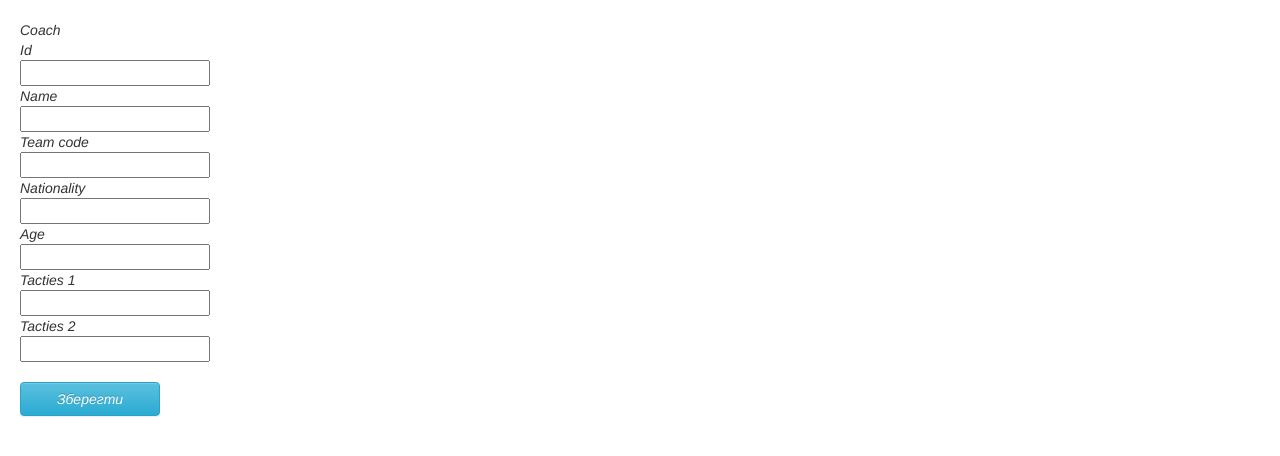
Repository: polik1996/StatisticManager
Page: StatisticsManager/WebContent/editCoach.html
The author's editor kept a copy of each file at every save. The page is drawn from the files as they stood at one save, then again after the next save.
The browser window is 1280 px wide. The pictures show the whole page.

Above is the page before, as saved 2016-06-14 16:41:05.
Console error (its wording comes from the project's code and is left out).

### StatisticsManager/WebContent/editCoach.html
<!DOCTYPE html>
<html>
<head>
<meta charset="UTF-8">
<title>Insert title here</title>
  <link rel="stylesheet" href="https://maxcdn.bootstrapcdn.com/bootstrap/3.3.4/css/bootstrap.min.css">
   <link rel="stylesheet" href="https://maxcdn.bootstrapcdn.com/bootstrap/3.3.4/css/bootstrap-theme.min.css">
  <script src="https://maxcdn.bootstrapcdn.com/bootstrap/3.3.4/js/bootstrap.min.js"></script>
 <style>
   body {
   font-style: italic;
    margin: 20px; /* Убираем отступы */
   }
  </style>
</head>
<body>
<!DOCTYPE html>
<html>
<head>
<meta charset="UTF-8">
<title>Insert title here</title>
</head>
<body>
	<form action="OperateTable" target="forTable" method="POST">
		<table width = "80">
		<tr>
		<td>
			Coach
		</td>
		</tr>
		<tr>
		<td>
			Id <input type="text" name="id">
		</td>
		</tr>
		<tr>
		<td>
			Name <input type="text" name="name">
		</td>
		</tr>
		<tr>
		<td>
			Team code  <input type="text" name="coach">
		</td>
		</tr>
		<tr>
		<td>
			Nationality  <input type="text" name="national">
		</td>
		</tr>
		<tr>
		<td>
			Age  <input type="text" name="age">
		</td>
		</tr>
		<tr>
		<td>
			Tacties 1 <input type="text" name="tacties_1">
		</td>
		</tr>
		<tr>
		<td>
			Tacties 2  <input type="text" name="tacties_2">
		</td>
		</tr>

</table>
<br>
<input type="submit" button class="btn btn-info" style = width:140px value="Зберегти">
	</form>

</body>
</html>
</body>
</html>

After the next save:
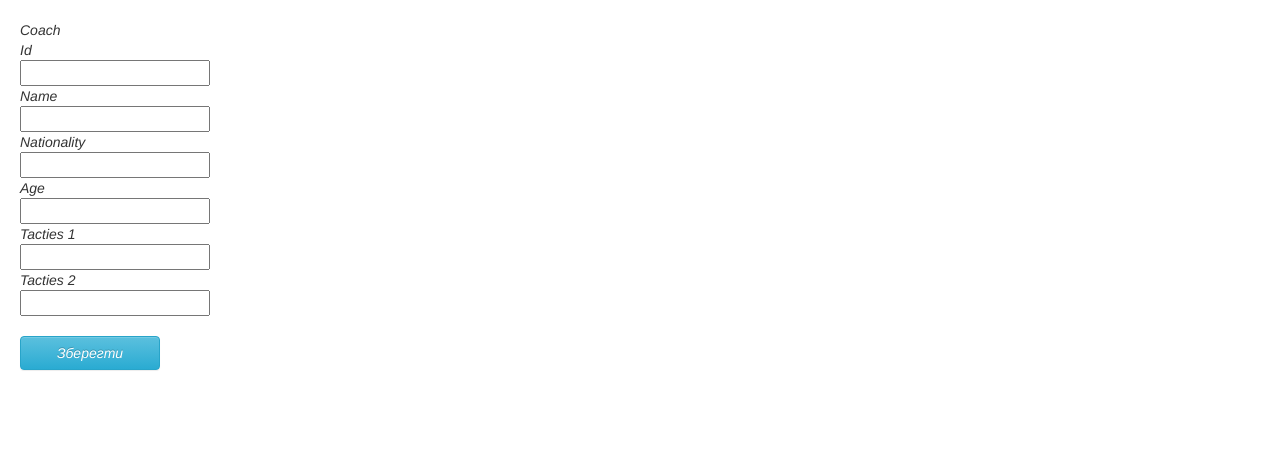
Saved 22 s later.
--- a/StatisticsManager/WebContent/editCoach.html
+++ b/StatisticsManager/WebContent/editCoach.html
@@ -40,11 +40,6 @@
 		</tr>
 		<tr>
 		<td>
-			Team code  <input type="text" name="coach">
-		</td>
-		</tr>
-		<tr>
-		<td>
 			Nationality  <input type="text" name="national">
 		</td>
 		</tr>
